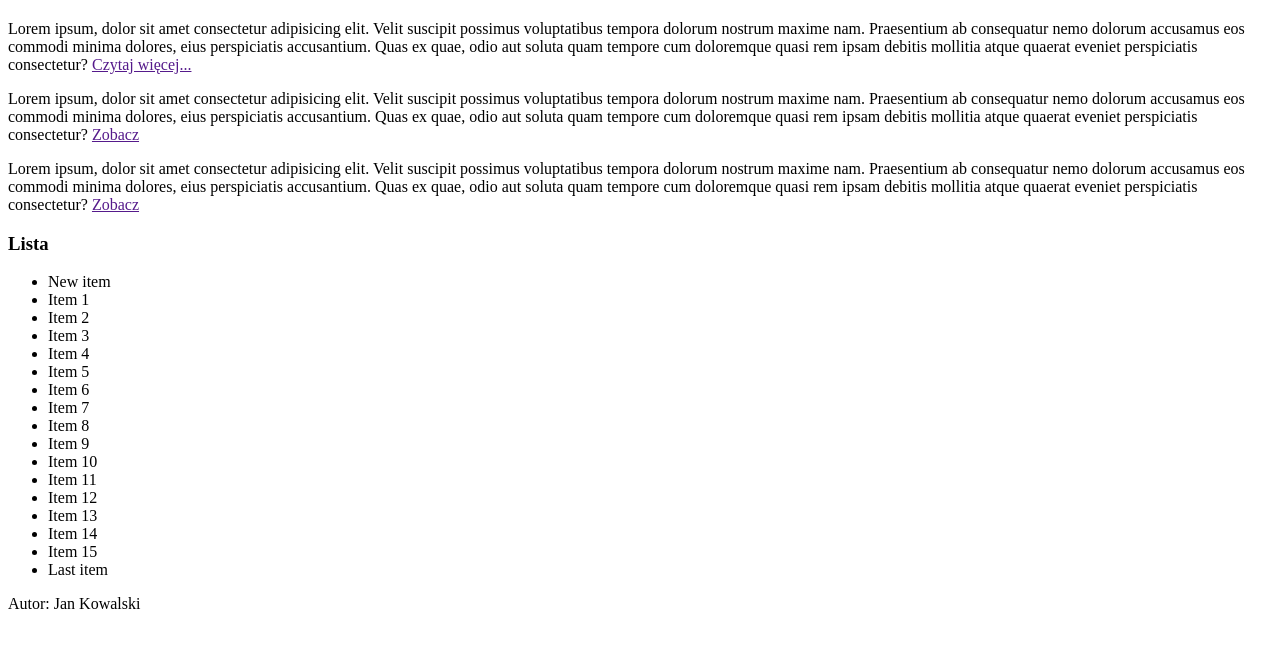
Repository: magdaf41/jQuery
Page: zadanie 3/index.html
The author's editor kept a copy of each file at every save. The page is drawn from the files as they stood at one save, then again after the next save.
The browser window is 1280 px wide. The pictures show the whole page.

Above is the page before, as saved 2020-09-08 21:18:46.

After the next save:
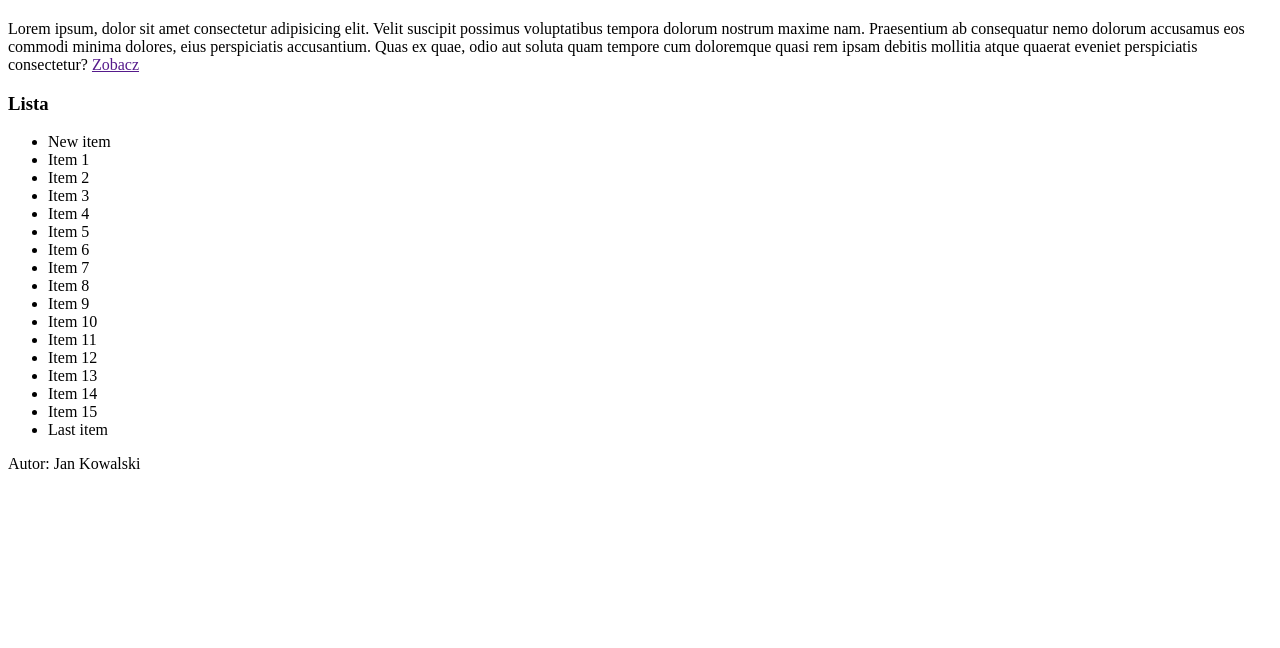
Saved 60 s later.
--- a/zadanie 3/js/main.js
+++ b/zadanie 3/js/main.js
@@ -12,4 +12,6 @@ $(document).ready(function () {
    $('ul').after(newFooter)
 
    $('h2').empty();
+
+   $('.content').remove();
 });
